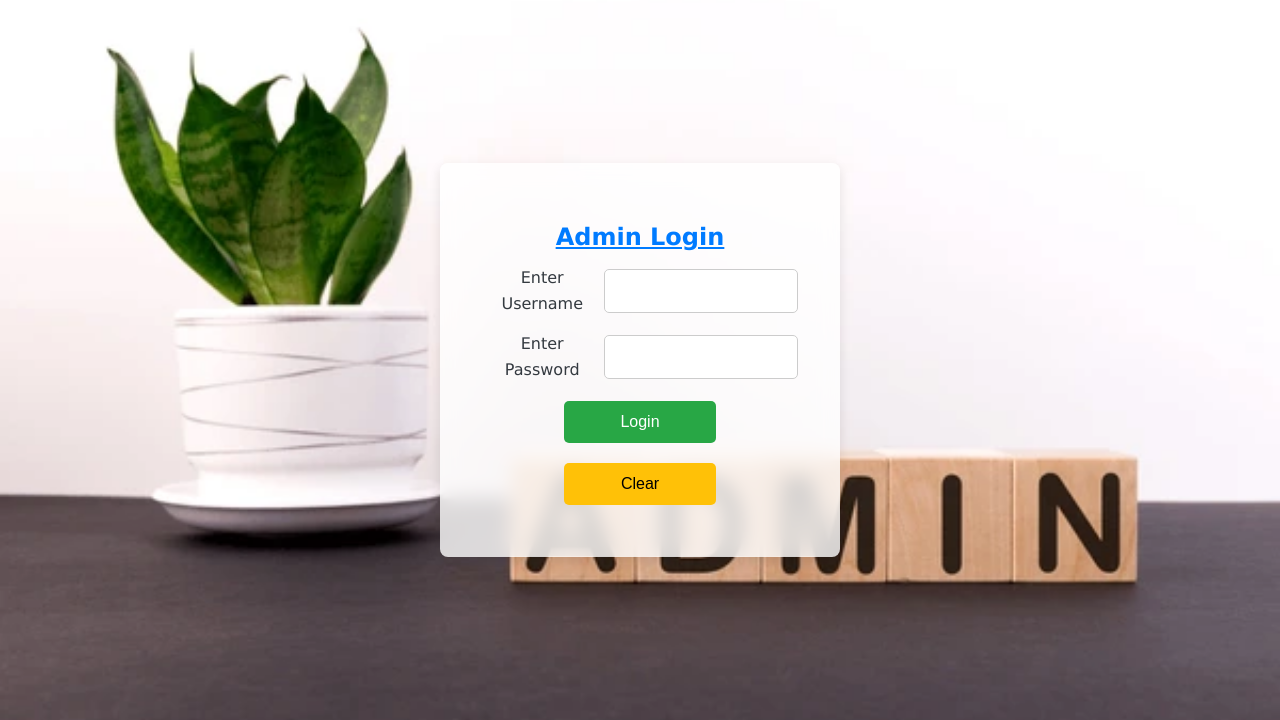
Repository: chaitanyasivathmika/NutrientDiet
Page: http://localhost/NutrientDiet/adminlogin.jsp
These files come from the project's save history. The page is drawn as it stood at one moment and after the next save; the edit follows.
The browser window is 1280 px wide. The pictures show the whole page.
The page is served by Tomcat 10.

Above is the page before, as saved 2024-11-17 05:02:34.

After the next save:
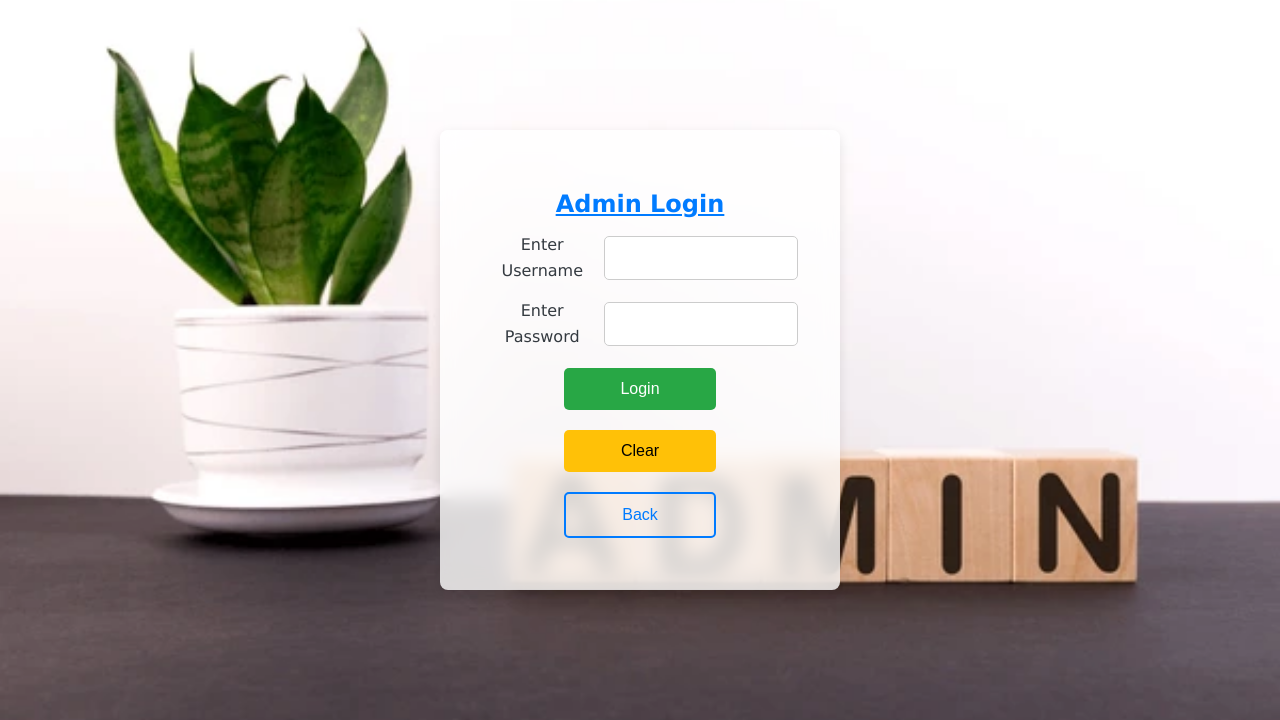
Saved 85 s later.
--- a/NutrientDiet/src/main/webapp/adminlogin.jsp
+++ b/NutrientDiet/src/main/webapp/adminlogin.jsp
@@ -108,7 +108,7 @@
             font-size: 16px;
         }
 
-        input[type="submit"], input[type="reset"] {
+        input[type="submit"], input[type="reset"], .back-button {
             width: 48%;
             padding: 12px;
             margin: 10px 5px;
@@ -125,6 +125,18 @@
 
         input[type="reset"] {
             background-color: #ffc107;
+        }
+
+        /* Transparent Back Button */
+        .back-button {
+            background-color: transparent;
+            color: #007bff;
+            border: 2px solid #007bff;
+        }
+
+        .back-button:hover {
+            background-color: #007bff;
+            color: white;
         }
 
         /* Hover effects for buttons */
@@ -154,6 +166,8 @@
                     <td colspan="2" class="button-container">
                         <input type="submit" value="Login"/>
                         <input type="reset" value="Clear"/>
+                        <!-- Back Button -->
+                        <button type="button" class="back-button" onclick="window.history.back();">Back</button>
                     </td>
                 </tr>
             </table>

After the 3 saves that followed:
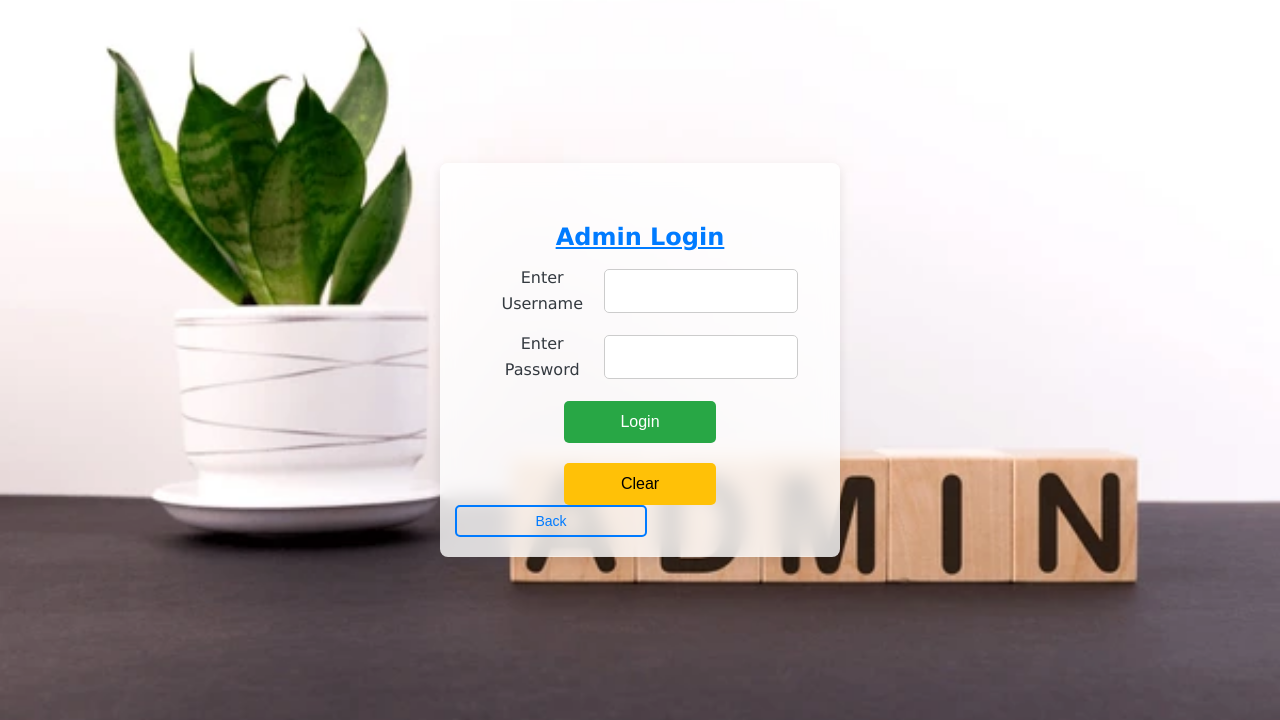
The 3 saves are shown as one change because 1 left the picture as it was and some came seconds apart.
The last was saved 82 s later.
--- a/NutrientDiet/src/main/webapp/adminlogin.jsp
+++ b/NutrientDiet/src/main/webapp/adminlogin.jsp
@@ -34,6 +34,7 @@
             max-width: 400px; /* Limiting the width of the form */
             text-align: center;
             backdrop-filter: blur(10px); /* Adding blur effect to the background */
+            position: relative; /* To position the Back button relative to the form */
         }
 
         /* Header */
@@ -132,6 +133,11 @@
             background-color: transparent;
             color: #007bff;
             border: 2px solid #007bff;
+            padding: 6px 10px; /* Smaller size */
+            font-size: 14px; /* Smaller text */
+            position: absolute;
+            bottom: 10px;
+            left: 10px;
         }
 
         .back-button:hover {
@@ -166,12 +172,12 @@
                     <td colspan="2" class="button-container">
                         <input type="submit" value="Login"/>
                         <input type="reset" value="Clear"/>
-                        <!-- Back Button -->
-                        <button type="button" class="back-button" onclick="window.history.back();">Back</button>
                     </td>
                 </tr>
             </table>
         </form>
+        <!-- Back Button -->
+        <button type="button" class="back-button" onclick="window.history.back();">Back</button>
     </div>
 </body>
 </html>
